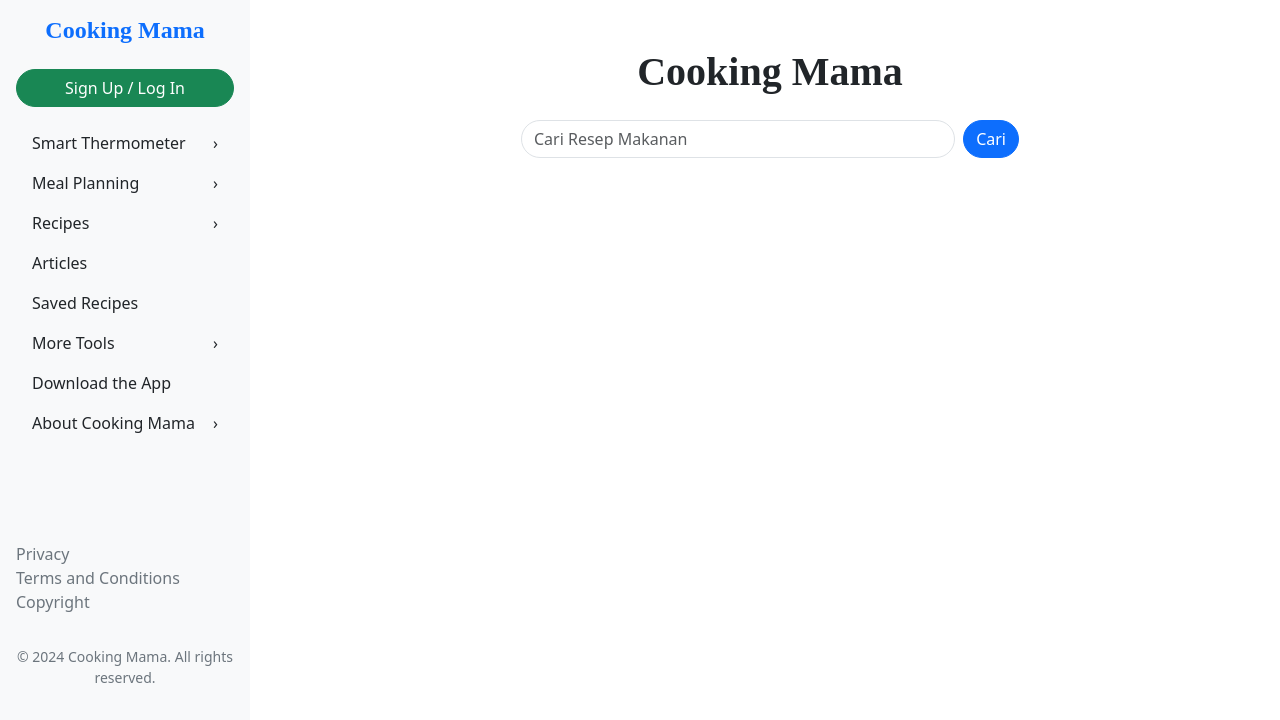
Repository: julius2510/UAS_Frontend_Kelompok10
Page: index.html
An editor plug-in stored every save of this project. The page is shown before and after the next save, followed by the edit.
The browser window is 1280 px wide. The pictures show the whole page.
Some icons come from a web library that is not loaded, so they are not drawn.

Above is the page before, as saved 2024-11-21 07:41:33.

After the next save:
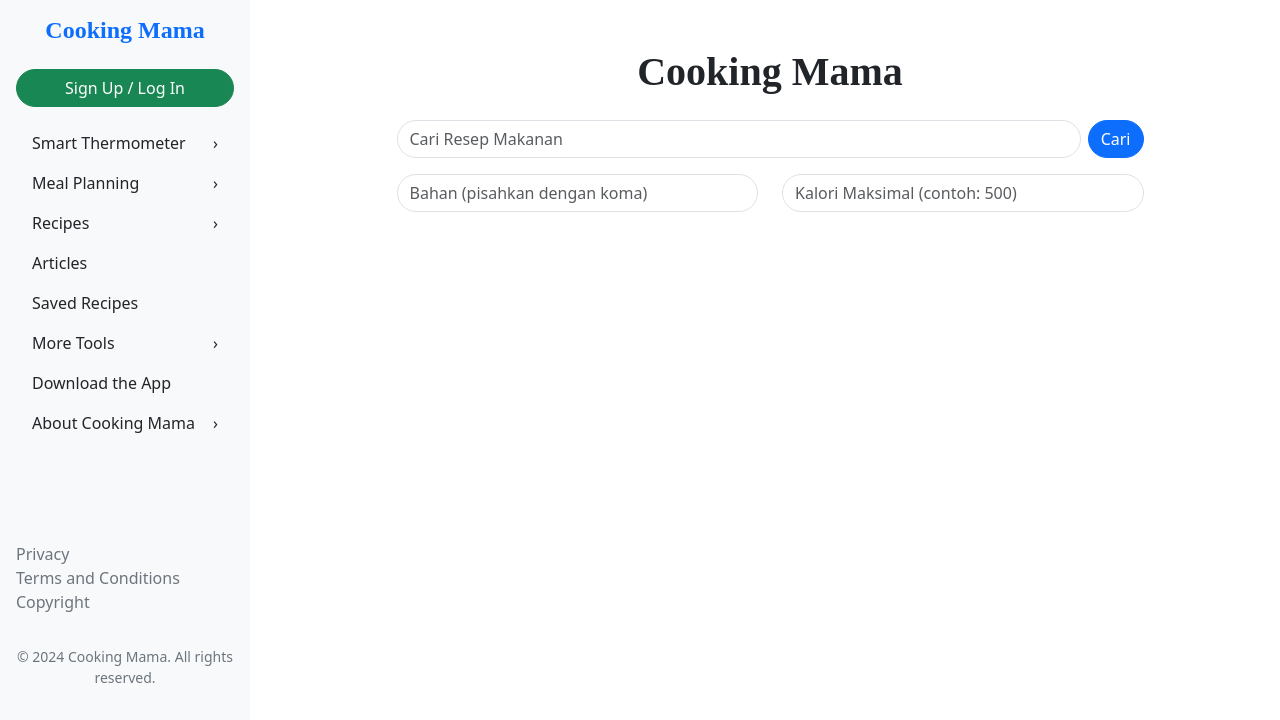
Saved 7 min 58 s later.
--- a/index.html
+++ b/index.html
@@ -112,19 +112,30 @@
       </div>
     </nav>
 
-    <!-- Main Content -->
-    <div class="container mt-5" style="margin-left: 260px;">
-      <h1 class="text-center mb-4 fs-1 fw-bold" style="font-family: cursive;">Cooking Mama</h1>
-      <div class="d-flex justify-content-center">
-        <form id="searchForm" class="d-flex w-50">
-          <input type="text" id="query" class="form-control me-2 rounded-pill" placeholder="Cari Resep Makanan" required>
-          <button type="submit" class="btn btn-primary rounded-pill">Cari</button>
-        </form>
+  <!-- Main Content -->
+<div class="container mt-5" style="margin-left: 260px;">
+  <h1 class="text-center mb-4 fs-1 fw-bold" style="font-family: cursive;">Cooking Mama</h1>
+  <div class="d-flex justify-content-center">
+    <form id="searchForm" class="d-flex flex-column w-75">
+      <div class="input-group mb-3">
+        <input type="text" id="query" class="form-control me-2 rounded-pill" placeholder="Cari Resep Makanan" required>
+        <button type="submit" class="btn btn-primary rounded-pill">Cari</button>
       </div>
-      <div id="results" class="row g-4 mt-4"></div>
-      <div id="recipeDetails" class="mt-5"></div>
-    </div>
+      <!-- Filter options -->
+      <div class="row mb-3">
+        <div class="col-md-6">
+          <input type="text" id="ingredients" class="form-control rounded-pill" placeholder="Bahan (pisahkan dengan koma)">
+        </div>
+        <div class="col-md-6">
+          <input type="number" id="maxCalories" class="form-control rounded-pill" placeholder="Kalori Maksimal (contoh: 500)">
+        </div>
+      </div>
+    </form>
   </div>
+  <div id="results" class="row g-4 mt-4"></div>
+  <div id="recipeDetails" class="mt-5"></div>
+</div>
+
 
   <script src="script.js"></script>
   <script src="https://cdn.jsdelivr.net/npm/bootstrap@5.3.0/dist/js/bootstrap.bundle.min.js"></script>
